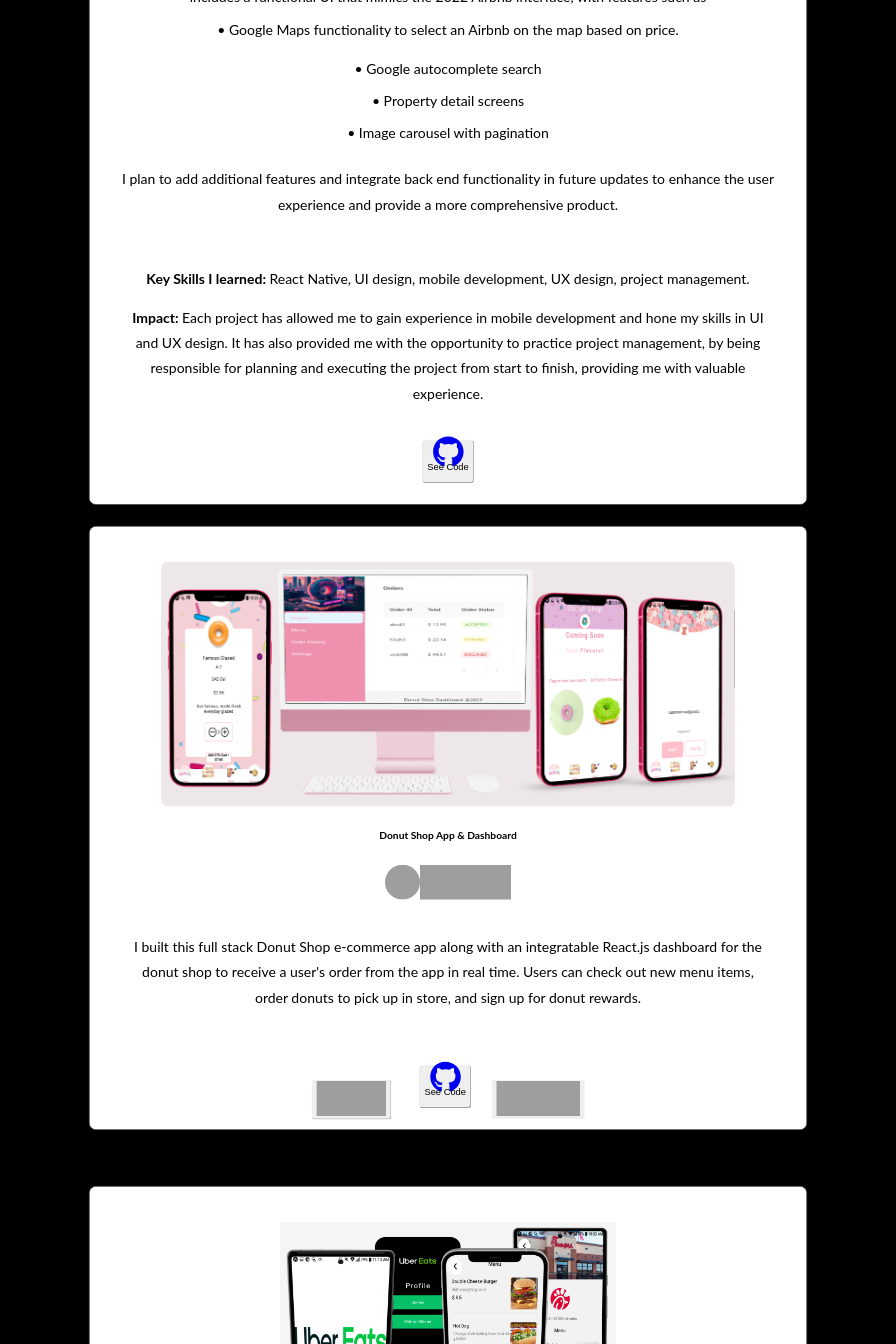
Repository: JamesPesenti/portfolio
Page: /
The author's editor kept a copy of each file at every save. The page is drawn from the files as they stood at one save, then again after the next save.
The browser window is 1280 px wide. The pictures show the part of the page from y = 2125 to 4045 px (the page is 6929 px tall), at 70% of full size.
Pictures or frames that could not be fetched are drawn as grey boxes. The project was rebuilt for these pictures with package versions that can differ from the ones it lists, and the page was loaded fresh each time. Imported but missing from the stored project, and not drawn on this page: src/Components/James Pesenti Resume 2023.pdf.

Above is the page before, as saved 2023-05-06 09:42:13.

### public/index.html
<!DOCTYPE html>
<html lang="en">
  <head>
    <meta charset="utf-8" />
    <link rel="" href="" />
    <meta name="viewport" content="width=device-width, initial-scale=1" />
    <meta name="theme-color" content="#000000" />
    <meta name="description" content="James Pesenti Portfolio 2022" />
    <link rel="apple-touch-icon" href="" />
    <link rel="manifest" href="%PUBLIC_URL%/manifest.json" />

    <title>Portfolio 2023</title>

  </head>
  <body>
    <div id="root"></div>
  </body>
</html>

### src/Components/Navbar.jsx
import React, {Component} from 'react'
import { FaGithub } from "react-icons/fa";
import { FaEnvelope } from "react-icons/fa";
import { FaFile } from "react-icons/fa";
import Pdf from "../Components/James Pesenti Resume 2023.pdf"


const Navbar = () => {
  return (
    <>
          <div className="navbar flex">
            <div className="container">
                <nav>
                  <ul style={{textAlign: "center", marginTop: 70, position: 'relative', left: 0, top: -2}}>
                    <li>
                      <a className="App-link"  href="mailto:jamespesenti91@gmail.com" target="_blank" rel="noopener noreferrer">
                      <FaEnvelope size={35} style={{display: "flex", textAlign: "center", marginLeft: 10}}/>
                          Contact
                      </a>
                    </li>
                    <li>
                      <a className="App-link" href="https://github.com/JamesPesenti" target="_blank" rel="noopener noreferrer">
                        <FaGithub size={35} style={{display: "flex", textAlign: "center", marginLeft: 10}} />
                        GitHub
                      </a>
                    </li>
                    <li>
                      <a className="App-link" href={Pdf} target="_blank" rel="noopener noreferrer">
                        <FaFile size={35} style={{display: "flex", textAlign: "center", marginLeft: 10}} />
                        Resume
                      </a>
                    </li>
                  </ul>
                </nav>
                {/* <h4 style={{color: "white", textAlign: 'center', marginBottom:-440}}>
                  See my work below and send a message to get in touch
                </h4> */}
            </div>
          </div>
    </>
  )
}

export default Navbar

### src/Components/AboutMe.jsx
import React from 'react'
import { FontAwesomeIcon } from '@fortawesome/react-fontawesome'
import { FaGithub } from "react-icons/fa";
import { FaMapPin } from "react-icons/fa";

const AboutMe = () => {
  return (
    <>

        <div style={{justifyContent: "center", textAlign: "center", color: "white", padding: 50,}}>
            {/* Spinning image  */}
            {/* <img style={{padding: 10, borderRadius: "50%", width: 200, height: 200,}} src="/images/IMG_1619.jpg" className="App-logo" alt="logo" /> */}
            <img style={{padding: 10, borderRadius: "50%", width: 200, height: 200,}} src="/images/IMG_1619.jpg" alt="logo" />
            <h1>I'm James Pesenti</h1>
            <h2>a Software Developer building mobile apps and websites</h2>
              <FaMapPin size={20} style={{position: "relative", top: 5, right: 65, }} />
              <h3 style={{marginTop: -24}}> Chicago, IL</h3>
        </div>

</>
  )
}

export default AboutMe

### src/Components/Scroll.jsx
import React from 'react'
import '../CSS/App.css';


const Scroll = () => {

  return (
    <>

        <div style={{marginBottom: 400, justifyContnent: 'center'}} id="section09" class="demo">
          <a href="#parallaxContainer">
            <span></span>
            Scroll down to see my work
          </a>
        </div>

    </>
  )
}

export default Scroll

### src/Components/MyProjects.jsx
import UberGoogleButton from "../Components/UberGoogleButton"
import AstonGoogleButton from "./AstonGoogleButton"
import AstonAppleButton from "./AstonAppleButton"
import BarceGoogleButton from "../Components/BarceGoogleButton"
import BarceAppleButton from "./BarceAppleButton"
import { FaGithub } from "react-icons/fa";

const MyProjects = () => {
  return (

  <>
    <div id="parallaxContainer">

    {/* Airbnb Clone */}
    <div style={{ justifyContent: 'center', alignItems: 'center',  width: "80%", borderRadius: 10}} className="box">
            <div>
                <img style={{ borderRadius: 10, marginTop: 50, marginBottom: -35, width: "48%", height: 350, transition: ".7s", }} src="images/mockrocket-capture (11).png" />
            </div>
            <h4 style={{textAlign: 'center'}}>Airbnb Clone App</h4>
                <div style={{flexDirection: "row", padding: 10, borderRadius: 10, marginBottom: -40,}}>
                  <img style={{width: 50, height: 50, borderRadius: 50}} src="https://i.pinimg.com/originals/8a/02/1a/8a021aa097236b42dd71fb731e3d894d.gif"/>
                  <img style={{width: 80, height: 50, }} src="https://www.datocms-assets.com/45470/1631026680-logo-react-native.png"  />
                  {/* <img style={{width: 50, height: 50, }} src="https://pbs.twimg.com/profile_images/1114309924551417856/FKA4cm2x_400x400.png"  /> */}
                </div>
            <p style={{fontSize: 20, textAlign: 'center', padding: 40, marginBottom: -50}}>I created a mobile app clone of the popular Airbnb platform using React Native. Currently, the project includes a functional UI that mimics the 2022 Airbnb interface, with features such as</p>
            <p style={{fontSize: 20, padding: 0}}> &#8226; Google Maps functionality to select an Airbnb on the map based on price.</p>
            <p style={{fontSize: 20, padding: 0, marginBottom: -10}}>&#8226; Google autocomplete search</p>
            <p style={{fontSize: 20, padding: 0, marginBottom: -10}}>&#8226; Property detail screens</p>
            <p style={{fontSize: 20,  padding: 0, marginBottom: -10}}>&#8226; Image carousel with pagination</p>
            <p style={{fontSize: 20, textAlign: 'center', padding: 20}}>I plan to add additional features and integrate back end functionality in future updates to enhance the user experience and provide a more comprehensive product.</p>
            <p style={{fontSize: 20, textAlign: 'center', padding: 30, marginBottom: -80}}><b> Key Skills I learned: </b>React Native, UI design, mobile development, UX design, project management.</p>
            <p style={{fontSize: 20, textAlign: 'center', padding: 50}}><b> Impact: </b> Each project has allowed me to gain experience in mobile development and hone my skills in UI and UX design. It has also provided me with the opportunity to practice project management, by being responsible for planning and executing the project from start to finish, providing me with valuable experience.</p>

            <div style={{flexDirection: "row"}}>
                {/* <UberGoogleButton  /> */}
                <button style={{marginTop: 10}} type="button" className="codeButton">
                  <a href="https://github.com/JamesPesenti/Airbnb" target="_blank" rel="noopener noreferrer">
                    <FaGithub  size={45} style={{ marginTop: -80, marginBottom: -25, justifyContent: "center", textAlign: "center"}} />
                  </a>
                  <p>See Code</p>
                </button>
                {/* <AstonAppleButton  /> */}
            </div>

        </div>


     {/* Donut Shop App */}
     <div style={{marginTop: 30, marginBottom: 20, justifyContent: 'center', alignItems: 'center',  width: "80%", borderRadius: 10}} className="box">
            <div>
                <img style={{ borderRadius: 10, marginTop: 50, width: "80%", height: 350, transition: ".7s", }} src="/images/appAndDashMock.png" />
            </div>
            <h4 style={{textAlign: 'center'}}>Donut Shop App & Dashboard</h4>
                <div style={{flexDirection: "row", padding: 10, borderRadius: 10, marginBottom: -40,}}>
                  <img style={{width: 50, height: 50, borderRadius: 50}} src="https://i.pinimg.com/originals/8a/02/1a/8a021aa097236b42dd71fb731e3d894d.gif"/>
                  <img style={{width: 80, height: 50, }} src="https://www.datocms-assets.com/45470/1631026680-logo-react-native.png"  />
                  <img style={{width: 50, height: 50, }} src="https://pbs.twimg.com/profile_images/1114309924551417856/FKA4cm2x_400x400.png"  />
                </div>
            <p style={{fontSize: 20,textAlign: 'center', padding: 50}}>I built this full stack Donut Shop e-commerce app along with an integratable React.js dashboard for the donut shop to receive a user's order from the app in real time. Users can check out new menu items, order donuts to pick up in store, and sign up for donut rewards.</p>

            <div style={{flexDirection: "row"}}>
                <UberGoogleButton  />
                <button style={{marginTop: 40}} type="button" className="codeButton">
                  <a href="https://github.com/JamesPesenti/Donut_Shop" target="_blank" rel="noopener noreferrer">
                    <FaGithub  size={45} style={{ marginTop: -80, marginBottom: -25, justifyContent: "center", textAlign: "center"}} />
                  </a>
                  <p>See Code</p>
                </button>
                <AstonAppleButton  />
            </div>

        </div>


    {/* Uber Eats App */}
    <div style={{marginTop: 80, marginBottom: 60, justifyContent: 'center', alignItems: 'center',  width: "80%", borderRadius: 10}} className="box">
            <div className="imgWrapper" style={{width: 480, height: 350}}>
                <img style={{ borderRadius: 5, marginTop: 50, width: "100%", height: 300, transition: ".7s", }} src="/images/UberEatsLast.png" />
            </div>
            <h4 style={{textAlign: 'center'}}>Uber Eats Clone App</h4>
                <div style={{flexDirection: "row", padding: 10, borderRadius: 10, marginBottom: -40,}}>
                  <img style={{width: 50, height: 50, borderRadius: 50}} src="https://i.pinimg.com/originals/8a/02/1a/8a021aa097236b42dd71fb731e3d894d.gif"/>
                  <img style={{width: 80, height: 50, }} src="https://www.datocms-assets.com/45470/1631026680-logo-react-native.png"  />
                  <img style={{width: 50, height: 50, }} src="https://pbs.twimg.com/profile_images/1114309924551417856/FKA4cm2x_400x400.png" />
                </div>
            <p style={{fontSize: 20,textAlign: 'center', padding: 50}}>A full stack React Native app inspired by the UberEats user app. I utilized AWS Amplify's datastore to configure the back end to query and save customer's orders and used Amazon Cognito for user registration, authentication, & account recovery.</p>

            <div style={{flexDirection: "row"}}>
                <UberGoogleButton  />
                <button style={{marginTop: 40}} type="button" className="codeButton">
                  <a href="https://github.com/JamesPesenti/UberEatsClone" target="_blank" rel="noopener noreferrer">
                    <FaGithub  size={45} style={{ marginTop: -80, marginBottom: -20, justifyContent: "center", textAlign: "center"}} />
                  </a>
                  <p>See Code</p>
                </button>
                <AstonAppleButton  />
            </div>

        </div>


     {/* Aston Waikiki App */}
       <div style={{marginTop: 80, marginBottom: 120, justifyContent: 'center', alignItems: 'center',  width: "80%", borderRadius: 10}} className="box">
            <div className="imgWrapper" style={{width: 450, height: 350}}>
                <img style={{ marginTop: 50, width: "100%", height: "auto", transition: ".7s", }} src="/images/astonmock.png" />
            </div>
            <h4 style={{textAlign: 'center'}}>Aston Waikiki Hotel UI</h4>
                <div style={{flexDirection: "row", padding: 10, borderRadius: 10, marginBottom: -40,}}>
                  <img style={{width: 50, height: 50, borderRadius: 50}} src="https://i.pinimg.com/originals/8a/02/1a/8a021aa097236b42dd71fb731e3d894d.gif"/>
                  <img style={{width: 80, height: 50, }} src="https://www.datocms-assets.com/45470/1631026680-logo-react-native.png"  />
                </div>
            <p style={{fontSize: 20,textAlign: 'center', padding: 50}}>A React Native UI design I created to reimagine the hotel Aston Waikiki Beach's website into a cross platform mobile app. I used most of the content and images from the current website and utilized both Bottom Tabs, Drawer navigation and other React Native libraries for a better user experience.</p>

            <div style={{flexDirection: "row"}}>
                <AstonGoogleButton  />
                <button style={{marginTop: 40}} type="button" className="codeButton">
                        <a href="https://github.com/JamesPesenti/AstonWaikikiBeachApp" target="_blank" rel="noopener noreferrer">
                            <FaGithub  size={45} style={{ marginTop: -80, marginBottom: -20, justifyContent: "center", textAlign: "center"}} />
                        </a>
                        <p>See Code</p>
                </button>
                <AstonAppleButton  />
            </div>

        </div>


    {/* Barcelona App */}
       <div style={{marginTop: 20, marginBottom: 120, justifyContent: 'center', alignItems: 'center',  width: "80%", borderRadius: 10}} className="box">
            <div className="imgWrapper" style={{width: 650, height: 300}}>
                <img style={{ marginTop: 30, width: "100%", height: 250, transition: ".7s", }} src="/images/barcelonamockup.png" />
            </div>
            <h4 style={{textAlign: 'center'}}>Barcelona Tourist App</h4>
                <div style={{flexDirection: "row", padding: 10, borderRadius: 10, marginBottom: -20,}}>
                <img style={{width: 80, height: 50,}} src="https://www.datocms-assets.com/45470/1631026680-logo-react-native.png"  />
                <img style={{width: 50, height: 50, borderRadius: 50}} src="https://i.pinimg.com/originals/8a/02/1a/8a021aa097236b42dd71fb731e3d894d.gif"/>
                </div>
            <p style={{fontSize: 20, textAlign: 'center', padding: 50}}>I created this React Native app for visitors of Barcelona Spain to save pictures and locations of their favorite places. I used pop-up modals for users to quickly get information on popular sights and used geolocation with google maps so users can save their location and select it on the map.</p>

            <div style={{flexDirection: "row"}}>
               <BarceAppleButton  />
                <button style={{marginTop: 40}} type="button" className="codeButton">
                        <a href="https://github.com/JamesPesenti/BarcelonaApp" target="_blank" rel="noopener noreferrer">
                            <FaGithub  size={45} style={{ marginTop: -80, marginBottom: -20, justifyContent: "center", textAlign: "center"}} />
                        </a>
                        <p>See Code</p>
                </button>
                <BarceGoogleButton  />
            </div>

        </div>

    {/* IAR React App */}
        {/* <div style={{marginBottom: 0, justifyContent: 'center', alignItems: 'center',  width: "80%", borderRadius: 10}} className="box">
            <img style={{ width: 600, height: 350, borderRadius: 10, borderWidth: 2, borderColor: "green"}} src="/images/innermock.png" />
            <h4 style={{textAlign: 'center'}}>Inner Aura Readings Website</h4>
            <div style={{flexDirection: "row", padding: 10, borderRadius: 10}}>
                <img src="https://www.logo.wine/a/logo/React_(web_framework)/React_(web_framework)-Logo.wine.svg" style={{width: 100, height: 50,}} />
                <img className="logoBox" src="https://cdn.pixabay.com/photo/2017/08/05/11/16/logo-2582747_1280.png" style={{width: 50, height: 50,}} />
            </div>
            <p style={{fontSize: 20, textAlign: 'center', padding: 50}}>This was the first official React.js web app that I developed. I made it for a friend who wanted to reach more customers with a mobile friendly website. I made multiple iterations and converted it into a PWA for offline operability with native like performance. </p>
            <button style={{marginTop: 0}} type="button" className="codeButton">
                        <a href="https://github.com/JamesPesenti/InnerAuraReadings2022" target="_blank" rel="noopener noreferrer">
                            <FaGithub  size={45} style={{ marginTop: -80, marginBottom: -20, justifyContent: "center", textAlign: "center"}} />
                        </a>
                        <p>See Code</p>
            </button>

        </div> */}


{/* REapp */}
        {/* <div style={{marginBottom: 100, justifyContent: 'center', alignItems: 'center',  width: "80%", borderRadius: 10,}} className="box">
        <img style={{marginTop: 50, width: 800, height: 350, borderRadius: 10, borderWidth: 2, borderColor: "green"}} src="/images/remockup.png" />
            <h4 style={{textAlign: 'center'}}>Real Estate Listing Website </h4>
            <div style={{flexDirection: "row", padding: 10, borderRadius: 10}}>
                <img src="https://www.logo.wine/a/logo/React_(web_framework)/React_(web_framework)-Logo.wine.svg" style={{width: 100, height: 50,}} />
                <img src="https://img.icons8.com/color/480/cloud-firestore.png" style={{width: 50, height: 50,}} />
                <img src="https://raw.githubusercontent.com/JamesPesenti/RealEstateApp/16b046b3d34b4a26468627e906dc503be8911b73/src/assets/svg/googleIcon.svg" style={{marginBottom: 8, width: 100, height: 30,}} />
            </div>
            <p style={{fontSize: 20, textAlign: 'center', padding: 50}}>Real Estate listing website built with React, FireStore database and Google OAuth to sign in with a google account. You can search listings for rent/sale and login to your account to create a listing and save offers. Inspiration and back-end code taken from Brad Traversey's React course I took on Udemy.</p>
            <button style={{marginTop: 40}} type="button" className="codeButton">
                        <a href="https://github.com/JamesPesenti/RealEstateApp" target="_blank" rel="noopener noreferrer">
                            <FaGithub  size={45} style={{ marginTop: -80, marginBottom: -20, justifyContent: "center", textAlign: "center"}} />
                        </a>
                        <p>See Code</p>
            </button>
        </div> */}

    </div>


    </>
  )
}

export default MyProjects

### src/Components/UberGoogleButton.jsx
import React from 'react'


const UberGoogleButton = () => {
  return (
    <>
    <button type="button" style={{marginRight: 40, borderWidth: .1, borderColor: '#efefef', borderRadius: 5}}>
        <a href="https://expo.dev/accounts/jimpesenti/projects/UberEats/builds/b9dfcb73-dd37-4009-b5f9-7d24a72b937d">
            <img style={{width: 100, height: 50, borderRadius: 0}} src="https://logos-world.net/wp-content/uploads/2020/12/Google-Play-Logo-500x281.png"/>
        </a>
    </button>
    </>
  )
}

export default UberGoogleButton

### src/Components/AstonGoogleButton.jsx
import React from 'react'


const AstonGoogleButton = () => {
  return (
    <>
    <button type="button" style={{marginRight: 40, borderWidth: .1, borderColor: '#efefef', borderRadius: 5}}>
        <a href="https://play.google.com/store/apps/details?id=com.jamespesenti91.astonwaikikibeach">
            <img style={{width: 100, height: 50, borderRadius: 0}} src="https://logos-world.net/wp-content/uploads/2020/12/Google-Play-Logo-500x281.png"/>
        </a>
    </button>
    </>
  )
}

export default AstonGoogleButton

### src/Components/AstonAppleButton.jsx
import React from 'react'

const AstonAppleButton = () => {
  return (
    <>
    <button type="submit" style={{marginLeft: 30, borderWidth: 0,}}  >
        <a href="">
            <img style={{width: 120, height: 50, borderRadius: 0}} src="https://images.squarespace-cdn.com/content/v1/5b549a7f3c3a53487c250f58/1597439116255-P7ME5MNOIWQLJS1X4CPP/Apple+App+Store+Logo+Button.png"/>
        </a>
    </button>
    </>
  )
}

export default AstonAppleButton

### src/Components/BarceGoogleButton.jsx
import React from 'react'


const BarceGoogleButton = () => {
  return (
    <>
    <button type="button" style={{marginLeft: 30, borderWidth: .1, borderColor: '#efefef', borderRadius: 5}}>
        <a href="https://play.google.com/store/apps/details?id=com.jamespesenti91.VisitBarcelona">
            <img style={{width: 100, height: 50, borderRadius: 0}} src="https://logos-world.net/wp-content/uploads/2020/12/Google-Play-Logo-500x281.png" alt="barceButton"/>
        </a>
    </button>
    </>
  )
}

export default BarceGoogleButton

### src/Components/BarceAppleButton.jsx
import React from 'react'

const BarceAppleButton = () => {
  return (
    <>
    <button type="submit" style={{marginRight: 30, borderWidth: 0,}}  >
        <a href="">
            <img style={{width: 120, height: 50, borderRadius: 0}} src="https://images.squarespace-cdn.com/content/v1/5b549a7f3c3a53487c250f58/1597439116255-P7ME5MNOIWQLJS1X4CPP/Apple+App+Store+Logo+Button.png"/>
        </a>
    </button>
    </>
  )
}

export default BarceAppleButton

Loaded but not shown: src/index.js (common file); src/reportWebVitals.js (common file); src/serviceWorkerRegistration.js (137 lines, source omitted); src/App.js (33 lines, source omitted); src/CSS/App.css (351 lines, source omitted); src/CSS/index.css (197 lines, source omitted)

After the next save:
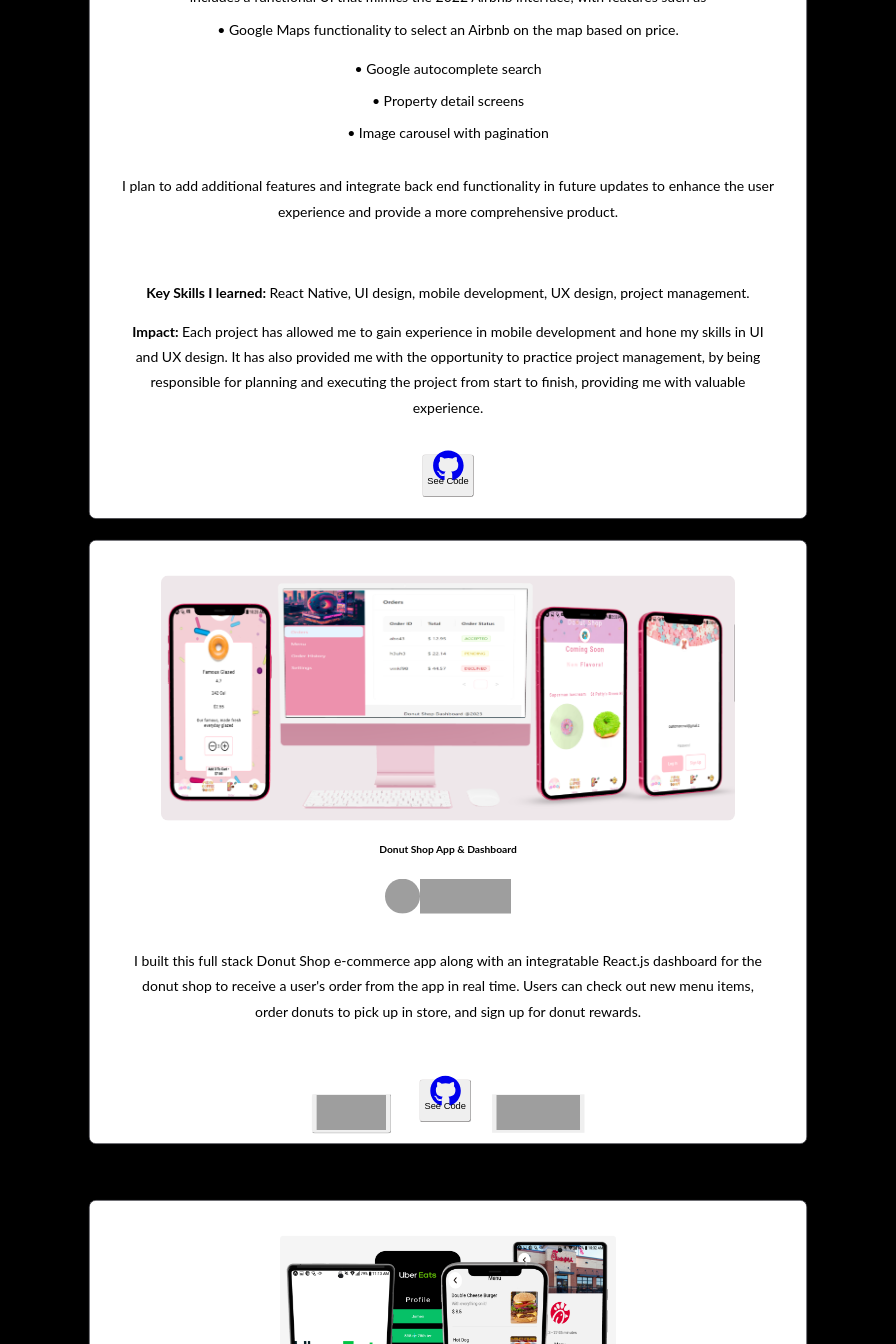
Saved 9 s later.
--- a/src/Components/MyProjects.jsx
+++ b/src/Components/MyProjects.jsx
@@ -27,7 +27,7 @@
             <p style={{fontSize: 20, padding: 0, marginBottom: -10}}>&#8226; Google autocomplete search</p>
             <p style={{fontSize: 20, padding: 0, marginBottom: -10}}>&#8226; Property detail screens</p>
             <p style={{fontSize: 20,  padding: 0, marginBottom: -10}}>&#8226; Image carousel with pagination</p>
-            <p style={{fontSize: 20, textAlign: 'center', padding: 20}}>I plan to add additional features and integrate back end functionality in future updates to enhance the user experience and provide a more comprehensive product.</p>
+            <p style={{fontSize: 20, textAlign: 'center', padding: 30}}>I plan to add additional features and integrate back end functionality in future updates to enhance the user experience and provide a more comprehensive product.</p>
             <p style={{fontSize: 20, textAlign: 'center', padding: 30, marginBottom: -80}}><b> Key Skills I learned: </b>React Native, UI design, mobile development, UX design, project management.</p>
             <p style={{fontSize: 20, textAlign: 'center', padding: 50}}><b> Impact: </b> Each project has allowed me to gain experience in mobile development and hone my skills in UI and UX design. It has also provided me with the opportunity to practice project management, by being responsible for planning and executing the project from start to finish, providing me with valuable experience.</p>
 
